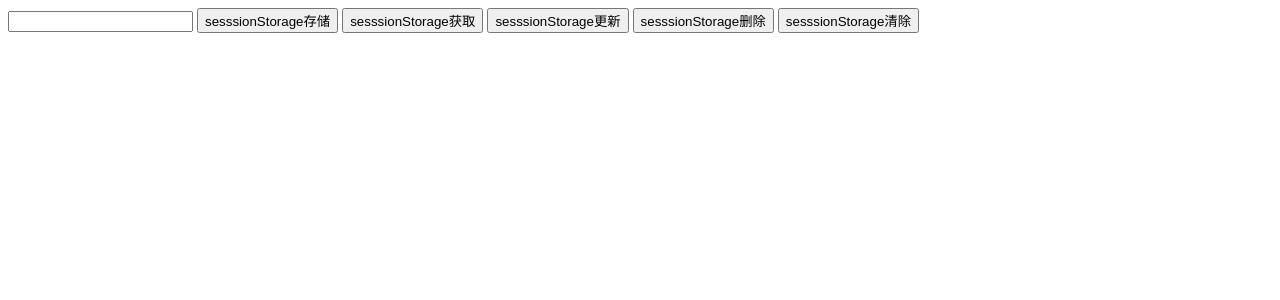
Repository: vidiewei/Learn-Practice
Page: 前端代码实践/web存储.html
An editor plug-in stored every save of this project. The page is shown before and after the next save, followed by the edit.
The browser window is 1280 px wide. The pictures show the whole page.

Above is the page before, as saved 2021-12-13 16:22:21.

### 前端代码实践/web存储.html
<!DOCTYPE html>
<html>
  <head lang="en">
    <meta charset="UTF-8" />
    <title></title>
  </head>
  <body>
    <input type="text" />
    <button>sesssionStorage存储</button>
    <button>sesssionStorage获取</button>
    <button>sesssionStorage更新</button>
    <button>sesssionStorage删除</button>
    <button>sesssionStorage清除</button>
    <script>
      // 在h5中提供两种web存储方式:
      // 1) sessionStorage  session（会话，会议） 5M  当窗口关闭是数据销毁  内存
      // 2) localStorage    20M 永久生效 ，除非手动删除  清理垃圾  硬盘上

      var txt = document.querySelector('input')

      var btns = document.querySelectorAll('button')
      // sessionStorage存储数据
      btns[0].onclick = function () {
        window.sessionStorage.setItem('userName', txt.value)
        window.sessionStorage.setItem('pwd', '123456')
        window.sessionStorage.setItem('age', 18)
      }

      // sessionStorage获取数据
      btns[1].onclick = function () {
        txt.value = window.sessionStorage.getItem('userName')
      }

      // sessionStorage更新数据
      btns[2].onclick = function () {
        window.sessionStorage.setItem('userName', txt.value)
      }

      // sessionStorage删除数据
      btns[3].onclick = function () {
        window.sessionStorage.removeItem('userName')
      }

      // sessionStorage清空数据
      btns[4].onclick = function () {
        window.sessionStorage.clear()
      }
    </script>
  </body>
</html>

After the next save:
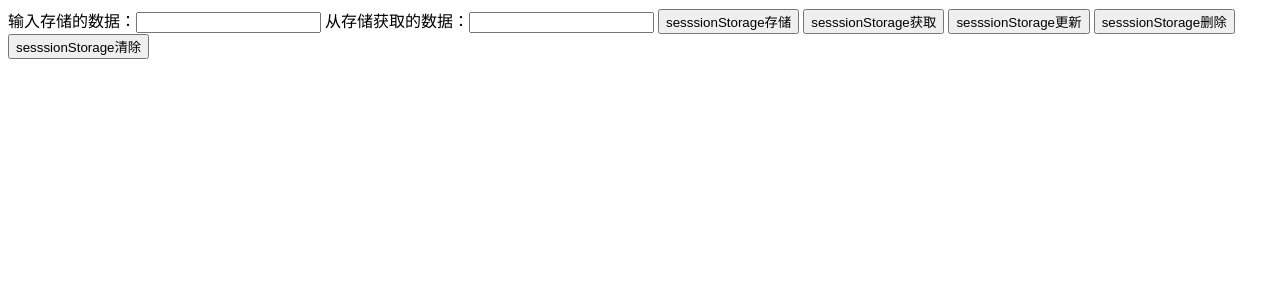
Saved 6 min 25 s later.
--- a/前端代码实践/web存储.html
+++ b/前端代码实践/web存储.html
@@ -5,7 +5,10 @@
     <title></title>
   </head>
   <body>
-    <input type="text" />
+    输入存储的数据：<input type="text" id="input" /> 从存储获取的数据：<input
+      type="text"
+      id="output"
+    />
     <button>sesssionStorage存储</button>
     <button>sesssionStorage获取</button>
     <button>sesssionStorage更新</button>
@@ -16,7 +19,7 @@
       // 1) sessionStorage  session（会话，会议） 5M  当窗口关闭是数据销毁  内存
       // 2) localStorage    20M 永久生效 ，除非手动删除  清理垃圾  硬盘上
 
-      var txt = document.querySelector('input')
+      var txt = document.getElementById('input')
 
       var btns = document.querySelectorAll('button')
       // sessionStorage存储数据
